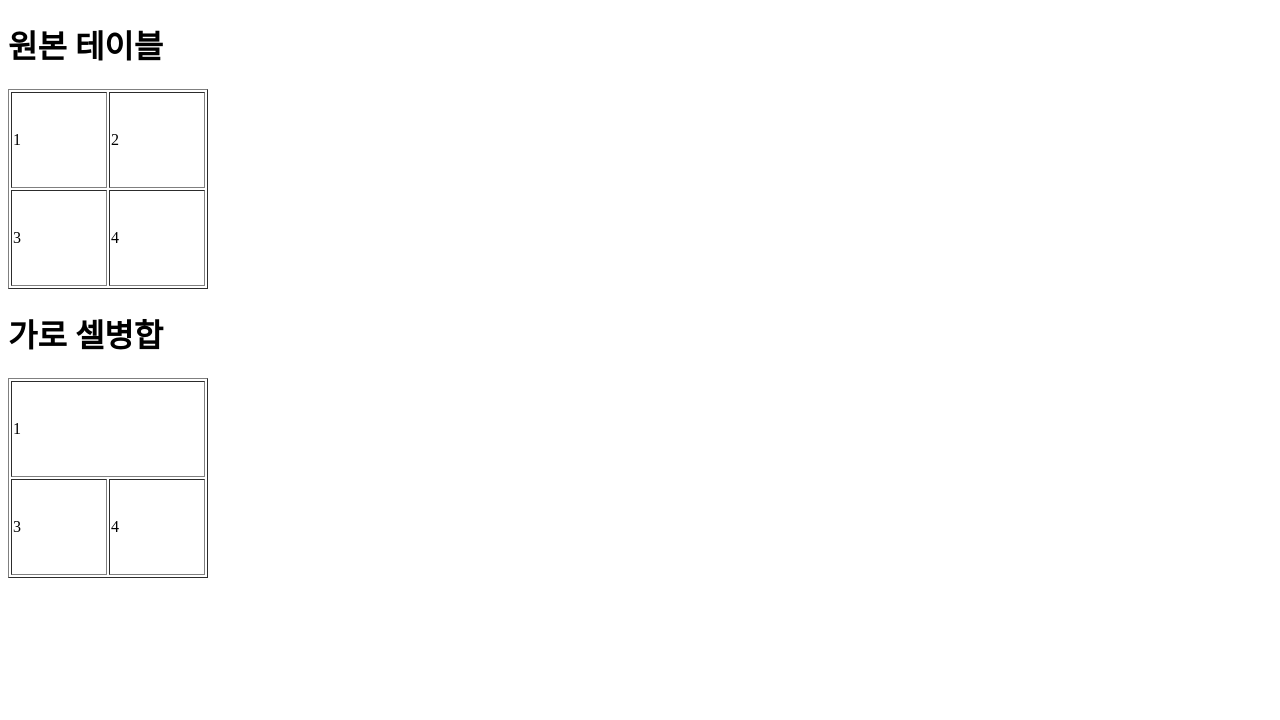
Repository: chanjin5212/Full-Stack-study
Page: client/ClientTest/src/main/webapp/html/ex17_table.html
The author's editor kept a copy of each file at every save. The page is drawn from the files as they stood at one save, then again after the next save.
The browser window is 1280 px wide. The pictures show the whole page.

Above is the page before, as saved 2022-05-24 07:17:03.

### client/ClientTest/src/main/webapp/html/ex17_table.html
<!DOCTYPE html>
<html>
<head>
<meta charset="UTF-8">
<title>Insert title here</title>
</head>
<body>
	<!-- ex17_table.html -->

	<h1>원본 테이블</h1>

	<table border width="200" height="200">
		<tr>
			<td>1</td>
			<td>2</td>
		</tr>
		<tr>
			<td>3</td>
			<td>4</td>
		</tr>
	</table>


	<h1>가로 셀병합</h1>

	<table border width="200" height="200">
		<tr>
			<td colspan="2">1</td>
		</tr>
		<tr>
			<td>3</td>
			<td>4</td>
		</tr>
	</table>

</body>
</html>

After the next save:
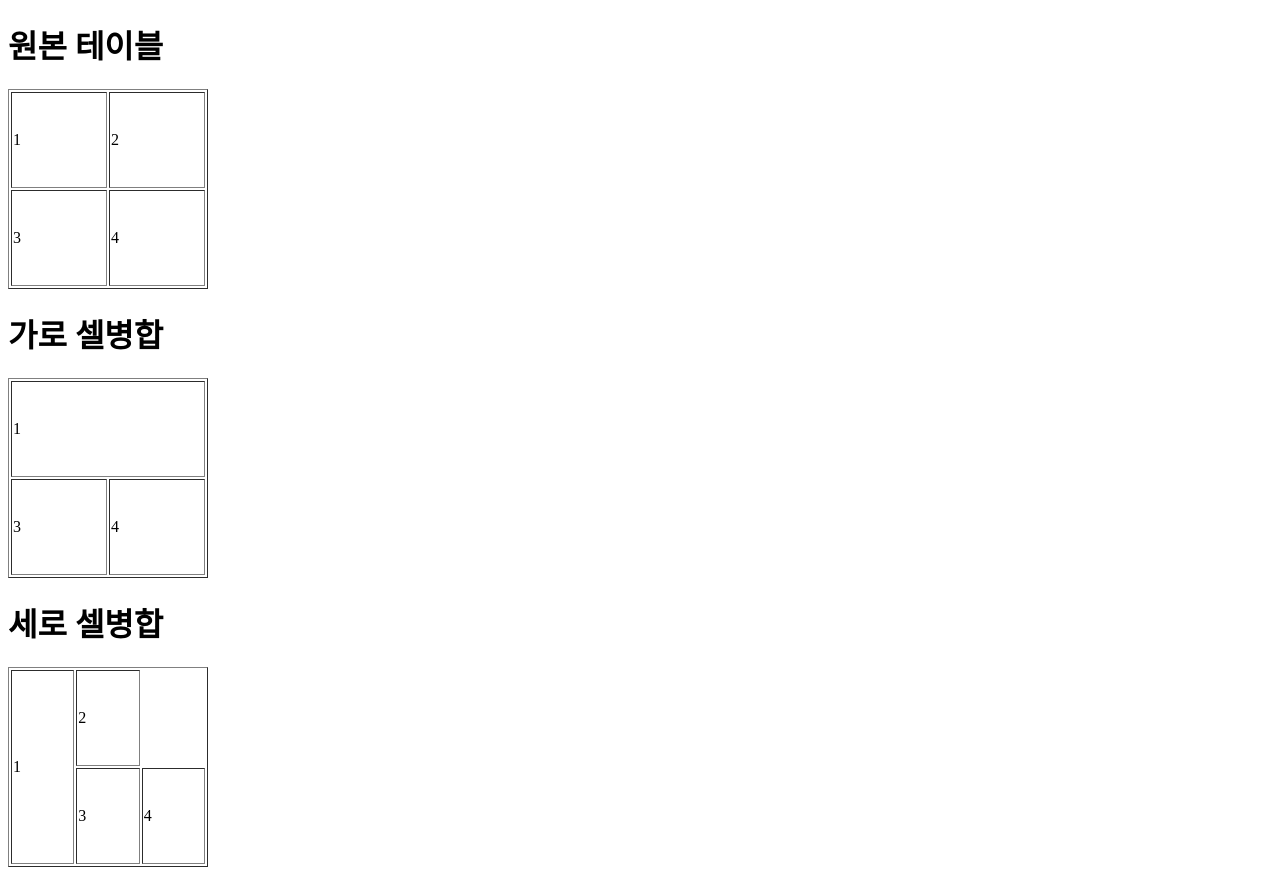
Saved 4 min 9 s later.
--- a/client/ClientTest/src/main/webapp/html/ex17_table.html
+++ b/client/ClientTest/src/main/webapp/html/ex17_table.html
@@ -21,6 +21,7 @@
 	</table>
 
 
+	<!-- 각각의 <tr>내의 <td> 개수는 동일해야 한다!!! -->
 	<h1>가로 셀병합</h1>
 
 	<table border width="200" height="200">
@@ -33,5 +34,20 @@
 		</tr>
 	</table>
 
+
+
+	<h1>세로 셀병합</h1>
+
+	<table border width="200" height="200">
+		<tr>
+			<td rowspan="2">1</td>
+			<td>2</td>
+		</tr>
+		<tr>
+			<td>3</td>
+			<td>4</td>
+		</tr>
+	</table>
+
 </body>
 </html>
